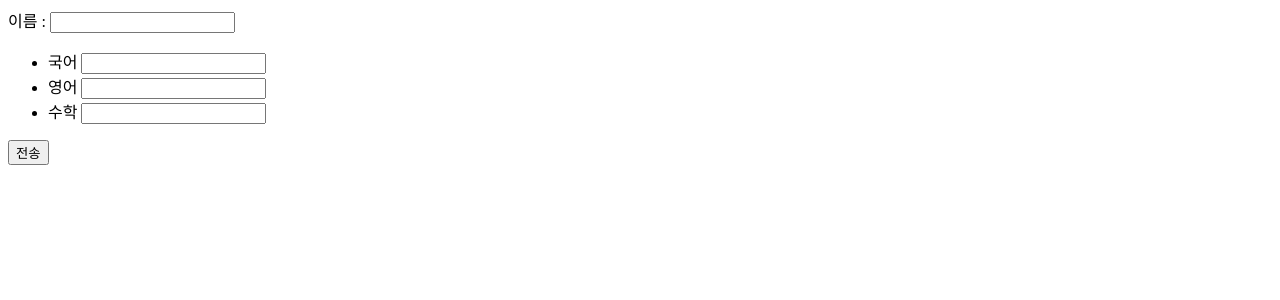
Repository: coolSummer1119/study
Page: workspace/ch03_Jsp/src/main/webapp/views/scoreForm.html
These files come from the project's save history. The page is drawn as it stood at one moment and after the next save; the edit follows.
The browser window is 1280 px wide. The pictures show the whole page.

Above is the page before, as saved 2024-04-22 05:21:29.

After the next save:
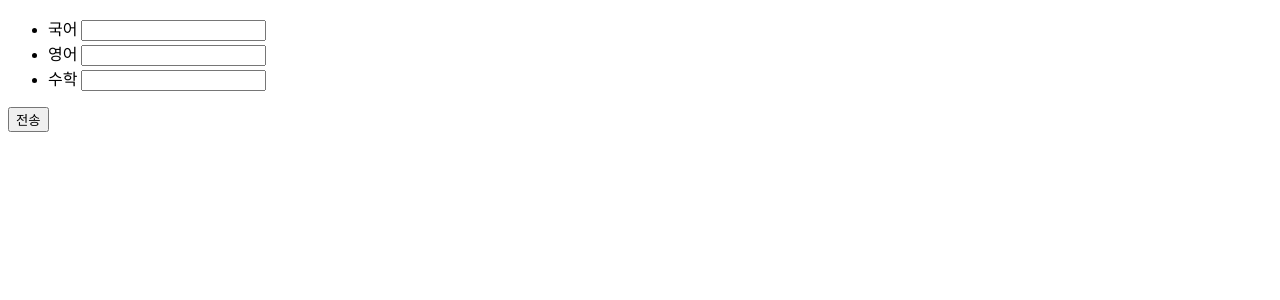
Saved 99 s later.
--- a/workspace/ch03_Jsp/src/main/webapp/views/scoreForm.html
+++ b/workspace/ch03_Jsp/src/main/webapp/views/scoreForm.html
@@ -8,13 +8,13 @@
 	const myForm = document.getElementById('myForm');
 	myForm.onsubmit=function(){
 		const name = document.getElementById('name');
-		if(name.value.trim()==''){
+		/* if(name.value.trim()==''){
 			alert('이름을 입력하세요!');
 			name.value='';//공백이 있을 경우 공백 제거
 			name.focus();
 			return false;
 		}
-
+		 */
 		//반복문을 이용한 유효성 체크(배열)
 		const items = document.querySelectorAll('input[type="text"]');
 
@@ -54,7 +54,7 @@
 </head>
 <body>
 <form action="/ch03_Jsp/score" id="myForm" method="post" >
-	이름 : <input type="text" name="name" id="name">
+	<!-- 이름 : <input type="text" name="name" id="name"> -->
 	<ul>
 		<li>
 			<label for="korean">국어</label>

After the save that followed:
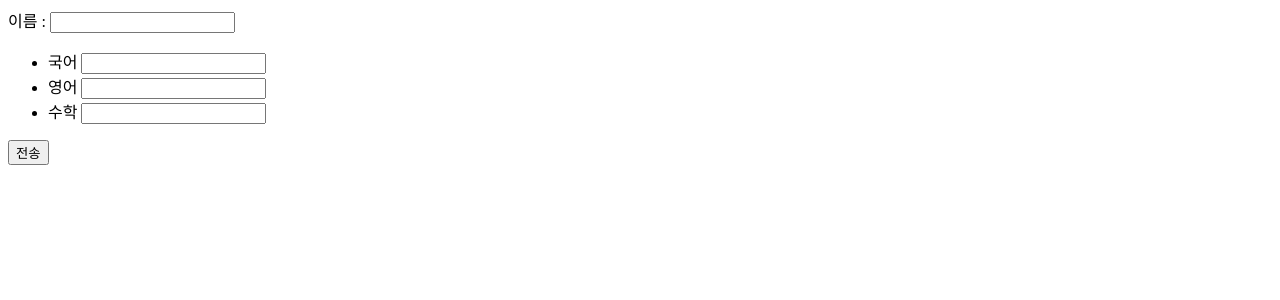
Saved 2 min 33 s later.
--- a/workspace/ch03_Jsp/src/main/webapp/views/scoreForm.html
+++ b/workspace/ch03_Jsp/src/main/webapp/views/scoreForm.html
@@ -8,15 +8,15 @@
 	const myForm = document.getElementById('myForm');
 	myForm.onsubmit=function(){
 		const name = document.getElementById('name');
-		/* if(name.value.trim()==''){
+		if(name.value.trim()==''){
 			alert('이름을 입력하세요!');
 			name.value='';//공백이 있을 경우 공백 제거
 			name.focus();
 			return false;
 		}
-		 */
+
 		//반복문을 이용한 유효성 체크(배열)
-		const items = document.querySelectorAll('input[type="text"]');
+		const items = document.querySelectorAll('input[type="text"][id="score"]');//이름도 text라 수정해야함
 
 		for(let i=0;i<items.length;i++){
 			//입력을 하지 않았거나 공백을 입려한 경우.)
@@ -54,19 +54,19 @@
 </head>
 <body>
 <form action="/ch03_Jsp/score" id="myForm" method="post" >
-	<!-- 이름 : <input type="text" name="name" id="name"> -->
+	이름 : <input type="text" name="name" id="name">
 	<ul>
 		<li>
 			<label for="korean">국어</label>
-			<input type="text" name="korean" id="korean">
+			<input type="text" name="korean" id="score">
 		</li>
 		<li>
 			<label for="english">영어</label>
-			<input type="text" name="english" id="english">
+			<input type="text" name="english" id="score">
 		</li>
 		<li>
 			<label for="math">수학</label>
-			<input type="text" name="math" id="math">
+			<input type="text" name="math" id="score">
 		</li>
 	</ul>
 <input type="submit" value="전송">
